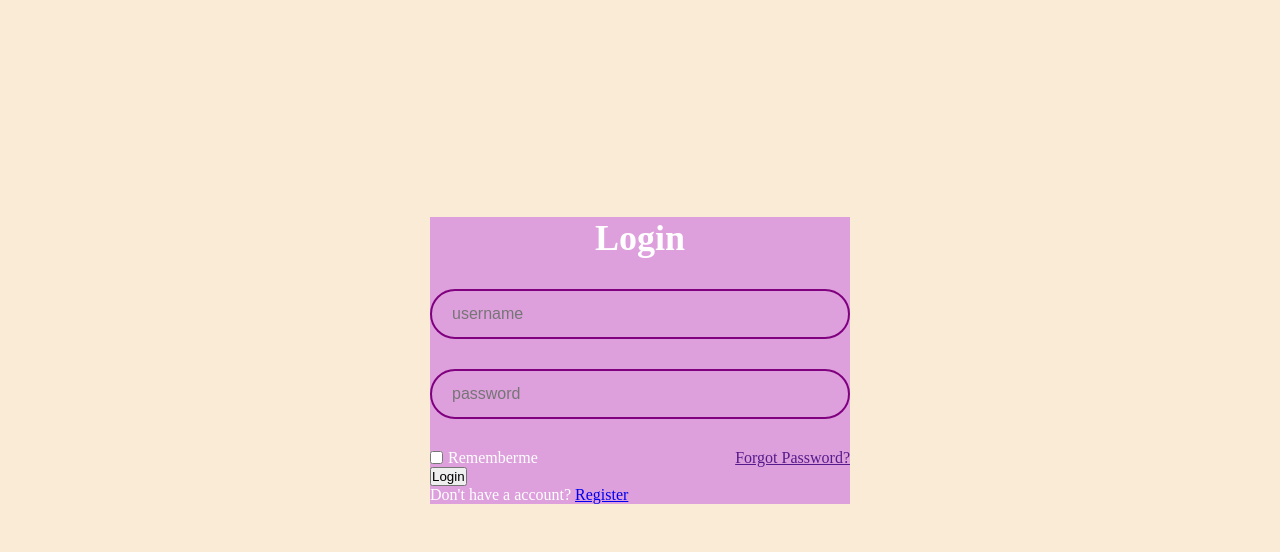
Repository: Kubraaygun/Html_Css_Login
Page: index.html
An editor plug-in stored every save of this project. The page is shown before and after the next save, followed by the edit.
The browser window is 1280 px wide. The pictures show the whole page.

Above is the page before, as saved 2025-03-05 19:30:07.

After the next save:
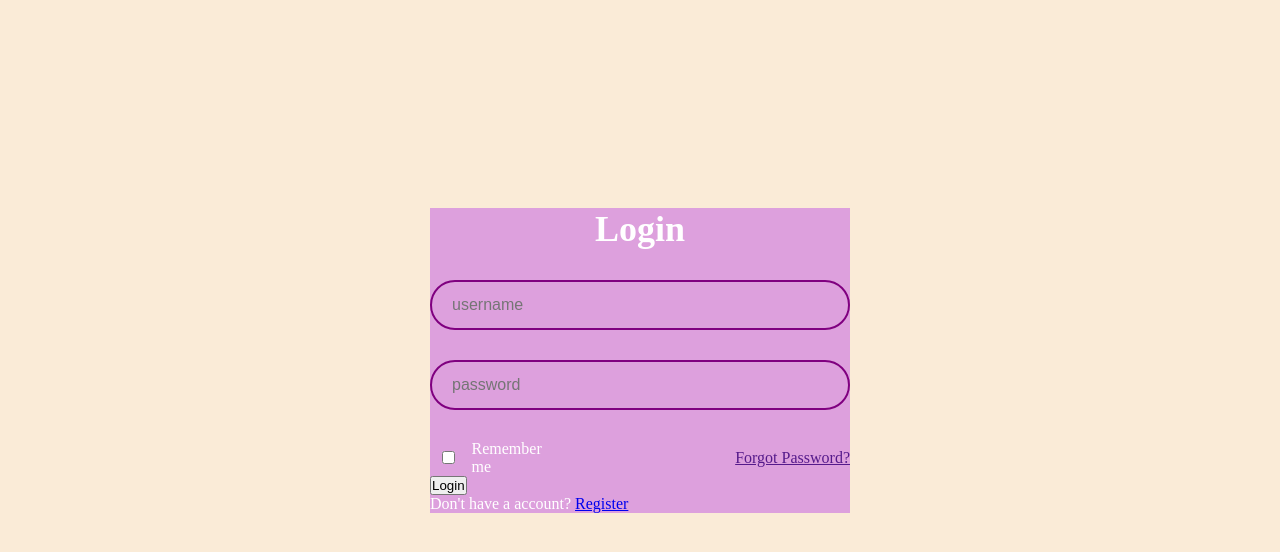
Saved 25 s later.
--- a/index.html
+++ b/index.html
@@ -31,9 +31,7 @@
 
         <!-- Remember me Alani -->
         <div class="remember-me">
-          <label>
-            <input class="checkbox" type="checkbox" />Remember <span></span>me
-          </label>
+          <label> <input class="checkbox" type="checkbox" />Remember me </label>
           <a href="">Forgot Password?</a>
         </div>
 

After the save that followed:
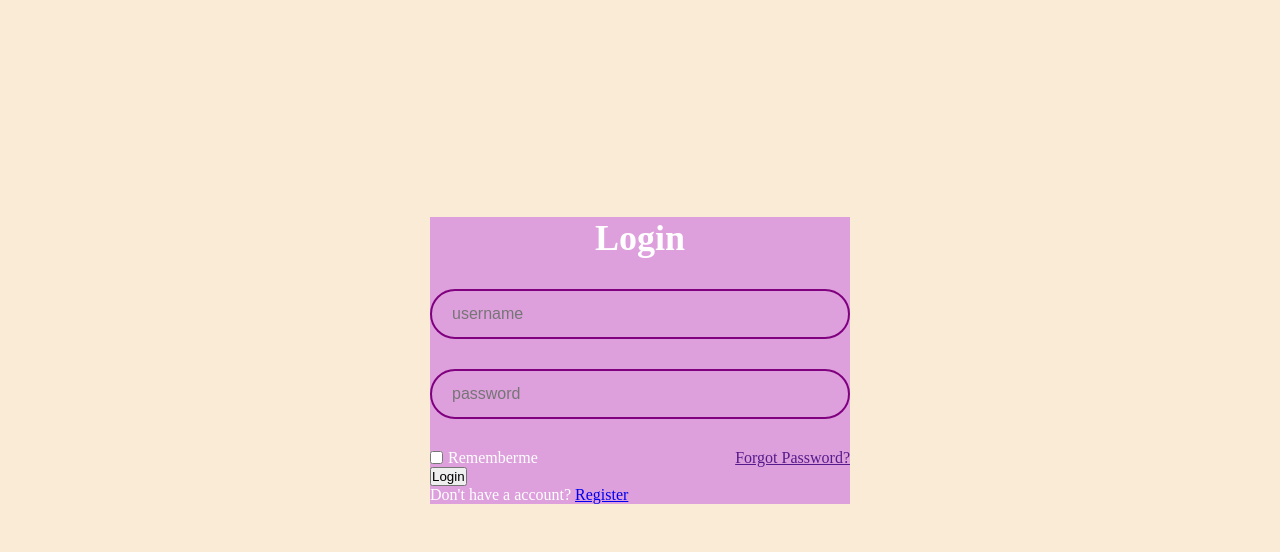
Saved 12 s later.
--- a/index.html
+++ b/index.html
@@ -31,7 +31,9 @@
 
         <!-- Remember me Alani -->
         <div class="remember-me">
-          <label> <input class="checkbox" type="checkbox" />Remember me </label>
+          <label>
+            <input class="checkbox" type="checkbox" />Remember <span>me</span>
+          </label>
           <a href="">Forgot Password?</a>
         </div>
 
